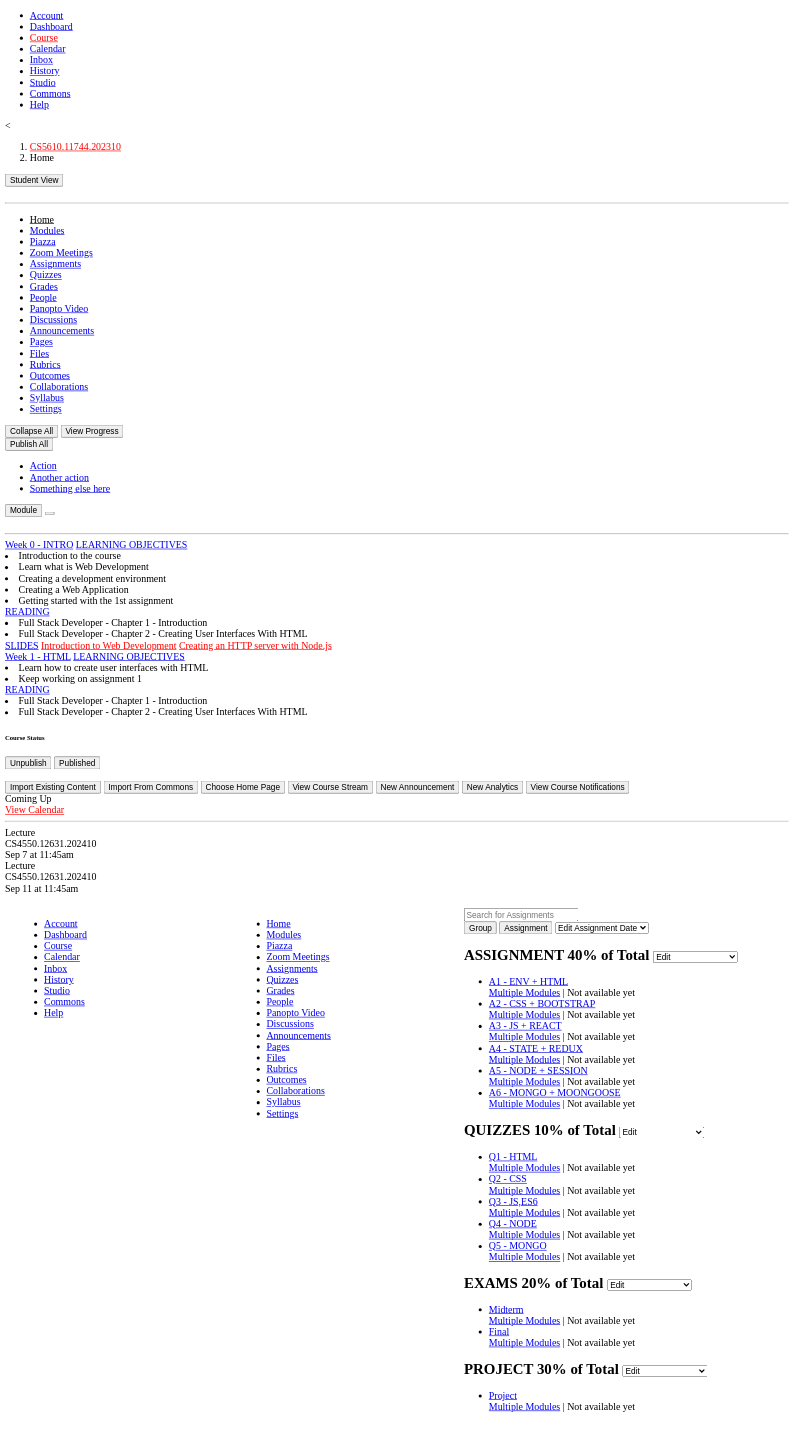
Repository: yuqiant/kanbas-react-web-app
Page: public/kanbas/assignment/index.html
An editor plug-in stored every save of this project. The page is shown before and after the next save, followed by the edit.
The browser window is 1280 px wide. The pictures show the whole page, at 62% of full size.

Above is the page before, as saved 2023-10-04 22:59:17.

### public/kanbas/assignment/index.html
<!DOCTYPE html>
<html lang="en">

<head>
    <meta charset="UTF-8">
    <meta name="viewport" content="width=device-width, initial-scale=1.0">
    <title>Column Interaction</title>
    <style>
        table {
            width: 100%;

        }

        td {
            width: 50%;
            border: 1px solid transparent;
            padding: 20px;
            vertical-align: top;
        }
    </style>
</head>

<body>
    <div class="flex-container">
        <div class="left-column">

            <ul>
                <li><i class="fa fa-user-circle fa-inverse" style="color: grey;"></i><a
                        href="account/account.html">Account</a> </li>
                <li><i class="fas fa-tachometer-alt" style="color: red;"></i><a href="#">Dashboard</a></li>
                <li class="active"><i class="fas fa-book" style="color: red;"></i><a href="course/courseNavigation.html"
                        style="color: red;">Course</a>
                </li>
                <li><i class="fas fa-calendar" style="color: red;""></i><a href=" #">Calendar</a></li>
                <li><i class="fas fa-inbox" style="color: red;"></i><a href="#">Inbox</a></li>
                <li><i class="fas fa-clock" style="color: red;"></i><a href="#">History</a></li>
                <li><i class="fas fa-desktop" style="color: red;"></i><a href="#">Studio</a></li>
                <li><i class="fas fa-share" style="color: red;"></i><a href="#">Commons</a></li>
                <li><i class="fas fa-question-circle" style="color: red;"></i><a href="#">Help</a></li>
            </ul>

        </div>
        <div class="right-column">

            <div class="right-top">
                <<nav style="--bs-breadcrumb-divider: '>';" aria-label="breadcrumb">
                    <ol class="breadcrumb">
                        <li class="breadcrumb-item"><a href="dashboard/index.html"
                                style="color: red;">CS5610.11744.202310</a></li>
                        <li class="breadcrumb-item active" aria-current="page">Home</li>
                    </ol>
                    </nav>
                    <div class="float-sm-end"> <button class="btn btn-light btn-sm">Student View</button>
                    </div><br />
                    <hr />


            </div>
            <div class="right-bottom">


                <div class="right-bottom-item1">


                    <ul>
                        <li class="active"><a href="home.html" style="color: black;">Home</a></li>
                        <li><a href="#">Modules</a></li>
                        <li><a href="#">Piazza</a></li>
                        <li><a href="#">Zoom Meetings</a></li>
                        <li><a href="assignment/index.html">Assignments</a></li>
                        <li><a href="#">Quizzes</a></li>
                        <li><a href="grades.html">Grades</a></li>
                        <li><a href="#">People</a></li>
                        <li><a href="#">Panopto Video</a></li>
                        <li><a href="#">Discussions</a></li>
                        <li><a href="#">Announcements</a></li>
                        <li><a href="#">Pages</a></li>
                        <li><a href="#">Files</a></li>
                        <li><a href="#">Rubrics</a></li>
                        <li><a href="#">Outcomes</a></li>
                        <li><a href="#">Collaborations</a></li>
                        <li><a href="#">Syllabus</a></li>
                        <li><a href="coursesetting.html">Settings</a></li>
                    </ul>
                </div>

                <div class="right-bottom-item2">

                    <div class="float-sm-end">
                        <div class="btn-group" style="margin-right: -5px;">
                            <button class="btn btn-light btn-sm">Collapse All</button>
                            <button class="btn btn-light btn-sm">View Progress</button>

                            <div class="dropdown">
                                <button class="btn btn-light btn-sm dropdown-toggle" type="button"
                                    data-bs-toggle="dropdown" aria-expanded="false"><i class="fa fa-check-circle"
                                        aria-hidden="true" style="color: green;"></i>
                                    Publish All
                                </button>
                                <ul class="dropdown-menu">
                                    <li><a class="dropdown-item" href="#">Action</a></li>
                                    <li><a class="dropdown-item" href="#">Another action</a></li>
                                    <li><a class="dropdown-item" href="#">Something else here</a></li>
                                </ul>
                            </div>
                            <button class="btn btn-danger btn-sm"><i class="fa fa-plus"
                                    aria-hidden="true"></i>Module</button>
                            <button class="btn btn-light btn-sm"><i class="fa fa-ellipsis-v"
                                    aria-hidden="true"></i></button>
                        </div>

                    </div><br>
                    <hr />




                    <!-- Module 1 -->
                    <div class="list-group mb-4">
                        <a href="#" class="list-group-item list-group-item-secondary">Week 0 - INTRO</a>
                        <a href="#" class="list-group-item">LEARNING OBJECTIVES</a>
                        <!-- <ul class="list-group custom-indent"> -->
                        <li class="list-group-item custom-indent">Introduction to the course</li>
                        <li class="list-group-item custom-indent">Learn what is Web Development</li>
                        <li class="list-group-item custom-indent">Creating a development environment</li>
                        <li class="list-group-item custom-indent">Creating a Web Application</li>
                        <li class="list-group-item custom-indent">Getting started with the 1st assignment</li>
                        <!-- </ul> -->

                        <a href="#" class="list-group-item">READING</a>
                        <li class="list-group-item custom-indent">Full Stack Developer - Chapter 1 - Introduction</li>
                        <li class="list-group-item custom-indent">Full Stack Developer - Chapter 2 - Creating User
                            Interfaces With
                            HTML</li>


                        <a href="#" class="list-group-item">SLIDES</a>
                        <a href="#" class="list-group-item custom-indent" style="color: red;"><i class="fas fa-link"
                                style="color: green;"></i>Introduction to Web
                            Development</a>
                        <a href="#" class="list-group-item custom-indent" style="color: red;"><i class="fas fa-link"
                                style="color: green;"></i>Creating an HTTP server
                            with Node.js</a>


                    </div>

                    <div class="list-group mb-4">
                        <a href="#" class="list-group-item list-group-item-secondary">Week 1 - HTML</a>
                        <a href="#" class="list-group-item">LEARNING OBJECTIVES</a>
                        <!-- <ul class="list-group custom-indent"> -->
                        <li class="list-group-item custom-indent">Learn how to create user interfaces with HTML</li>
                        <li class="list-group-item custom-indent">Keep working on assignment 1</li>

                        <!-- </ul> -->

                        <a href="#" class="list-group-item">READING</a>
                        <li class="list-group-item custom-indent">Full Stack Developer - Chapter 1 - Introduction</li>
                        <li class="list-group-item custom-indent">Full Stack Developer - Chapter 2 - Creating User
                            Interfaces With
                            HTML</li>





                    </div>

                </div>

                <div class="right-bottom-item3">
                    <h6>Course Status</h6>
                    <div class="btn-group" style="margin-right: -5px;">
                        <button class="btn btn-light btn-sm"><i class="fas fa-ban"></i>Unpublish</button>
                        <button class="btn btn-success btn-sm"><i class="fa fa-check-circle" aria-hidden="true"></i>
                            Published</button>
                    </div><br />
                    <button class="btn btn-light btn-sm">Import Existing Content</button>
                    <button class="btn btn-light btn-sm">Import From Commons</button>
                    <button class="btn btn-light btn-sm">Choose Home Page</button>
                    <button class="btn btn-light btn-sm">View Course Stream</button>
                    <button class="btn btn-light btn-sm">New Announcement</button>
                    <button class="btn btn-light btn-sm">New Analytics</button>
                    <button class="btn btn-light btn-sm">View Course Notifications</button><br />

                    Coming Up
                    <div class="float-sm-end smaller-text"><a href="#" style="color: red;">View Calendar</a></div>
                    <hr />

                    <div class="part">
                        Lecture<br />
                        CS4550.12631.202410<br />
                        Sep 7 at 11:45am<br />
                    </div>

                    <div class="part">
                        Lecture<br />
                        CS4550.12631.202410<br />
                        Sep 11 at 11:45am<br />
                    </div>













                </div>


            </div>




        </div>

    </div>
    </div>
    </div>
</body>

<body>
    <table>
        <tr>
            <td id="firstColumn" style="width: 150px;">
                <ul>
                    <li><a href="../accountcol.html">Account</a></li>
                    <li><a href="#">Dashboard</a></li>
                    <li><a href="../coursecol.html">Course</a></li>
                    <li><a href="#">Calendar</a></li>
                    <li><a href="#">Inbox</a></li>
                    <li><a href="#">History</a></li>
                    <li><a href="#">Studio</a></li>
                    <li><a href="#">Commons</a></li>
                    <li><a href="#">Help</a></li>
                </ul>
            </td>
            <td id="secondColumn" style="width: 150px;">
                <ul>
                    <li><a href="../home.html">Home</a></li>
                    <li><a href="#">Modules</a></li>
                    <li><a href="#">Piazza</a></li>
                    <li><a href="#">Zoom Meetings</a></li>
                    <li><a href="../assignment/index.html">Assignments</a></li>
                    <li><a href="#">Quizzes</a></li>
                    <li><a href="../grades.html">Grades</a></li>
                    <li><a href="#">People</a></li>
                    <li><a href="#">Panopto Video</a></li>
                    <li><a href="#">Discussions</a></li>
                    <li><a href="#">Announcements</a></li>
                    <li><a href="#">Pages</a></li>
                    <li><a href="#">Files</a></li>
                    <li><a href="#">Rubrics</a></li>
                    <li><a href="#">Outcomes</a></li>
                    <li><a href="#">Collaborations</a></li>
                    <li><a href="#">Syllabus</a></li>
                    <li><a href="../coursesetting.html">Settings</a></li>
                </ul>
            </td>
            <td id="thirdColumn" style="width: 250px;">
                <form id="text-fields">
                    <input id="text-fields-assginment" placeholder="Search for Assignments" /><br />
                    <button type="button">Group</button>
                    <button type="button">Assignment</button>
                    <select id="select-one">
                        <option value="ALL">Edit Assignment Date</option>
                    </select>
                </form>

                <h2>ASSIGNMENT 40% of Total
                    <select id="select-one">
                        <option value="ALL">Edit</option>
                        <option value="ALL">Speed Grader</option>
                        <option value="ALL">Duplicate</option>
                        <option value="ALL">Delete</option>
                        <option value="ALL">Move To...</option>
                        <option value="ALL">Send To...</option>
                        <option value="ALL">Copy To...</option>
                        <option value="ALL">Share to Commons</option>
                    </select>
                </h2>

                <ul>
                    <li><a href="edit.html">A1 - ENV + HTML</a></li>
                    <div><a href="edit.html">Multiple Modules</a> | Not available yet</div>
                    <li><a href="edit.html">A2 - CSS + BOOTSTRAP</a></li>
                    <div><a href="edit.html">Multiple Modules</a> | Not available yet</div>
                    <li><a href="edit.html">A3 - JS + REACT</a></li>
                    <div><a href="edit.html">Multiple Modules</a> | Not available yet</div>
                    <li><a href="edit.html">A4 - STATE + REDUX</a></li>
                    <div><a href="edit.html">Multiple Modules</a> | Not available yet</div>
                    <li><a href="edit.html">A5 - NODE + SESSION</a></li>
                    <div><a href="edit.html">Multiple Modules</a> | Not available yet</div>
                    <li><a href="edit.html">A6 - MONGO + MOONGOOSE</a></li>
                    <div><a href="edit.html">Multiple Modules</a> | Not available yet</div>
                </ul>

                <h2>QUIZZES 10% of Total
                    <select id="select-one">
                        <option value="ALL">Edit</option>
                        <option value="ALL">Speed Grader</option>
                        <option value="ALL">Duplicate</option>
                        <option value="ALL">Delete</option>
                        <option value="ALL">Move To...</option>
                        <option value="ALL">Send To...</option>
                        <option value="ALL">Copy To...</option>
                        <option value="ALL">Share to Commons</option>
                    </select>
                </h2>

                <ul>
                    <li><a href="edit.html">Q1 - HTML</a></li>
                    <div><a href="edit.html">Multiple Modules</a> | Not available yet</div>
                    <li><a href="edit.html">Q2 - CSS</a></li>
                    <div><a href="edit.html">Multiple Modules</a> | Not available yet</div>
                    <li><a href="edit.html">Q3 - JS,ES6</a></li>
                    <div><a href="edit.html">Multiple Modules</a> | Not available yet</div>
                    <li><a href="edit.html">Q4 - NODE</a></li>
                    <div><a href="edit.html">Multiple Modules</a> | Not available yet</div>
                    <li><a href="edit.html">Q5 - MONGO</a></li>
                    <div><a href="edit.html">Multiple Modules</a> | Not available yet</div>
                </ul>

                <h2>EXAMS 20% of Total
                    <select id="select-one">
                        <option value="ALL">Edit</option>
                        <option value="ALL">Speed Grader</option>
                        <option value="ALL">Duplicate</option>
                        <option value="ALL">Delete</option>
                        <option value="ALL">Move To...</option>
                        <option value="ALL">Send To...</option>
                        <option value="ALL">Copy To...</option>
                        <option value="ALL">Share to Commons</option>
                    </select>
                </h2>

                <ul>
                    <li><a href="edit.html">Midterm</a></li>
                    <div><a href="edit.html">Multiple Modules</a> | Not available yet</div>
                    <li><a href="edit.html">Final</a></li>
                    <div><a href="edit.html">Multiple Modules</a> | Not available yet</div>
                </ul>

                <h2>PROJECT 30% of Total
                    <select id="select-one">
                        <option value="ALL">Edit</option>
                        <option value="ALL">Speed Grader</option>
                        <option value="ALL">Duplicate</option>
                        <option value="ALL">Delete</option>
                        <option value="ALL">Move To...</option>
                        <option value="ALL">Send To...</option>
                        <option value="ALL">Copy To...</option>
                        <option value="ALL">Share to Commons</option>
                    </select>
                </h2>

                <ul>
                    <li><a href="edit.html">Project</a></li>
                    <div><a href="edit.html">Multiple Modules</a> | Not available yet</div>
                </ul>











            </td>

        </tr>
    </table>

</body>

</html>

### public/kanbas/course/courseNavigation.css
.flex-container {
    display: flex;
    height: 100%;
}

/* 左边列 */
.left-column {
    /* flex: 1; */
    /* 占据可用空间的一部分 */
    /* padding: 20px; */
    width: 0 0 80px;
    /* Adjust sidebar width as needed (between 75 and 85 pixels) */
    background-color: black;
    color: white;
    text-align: center;
    padding-top: 20px;
}

.left-column ul {
    list-style-type: none;
    padding: 0;
}

.left-column li {
    margin: 8px 0;
    /* Adjust margin between links as needed (between 5 and 10 pixels) */
    padding: 8px;
    /* Adjust padding around links as needed (between 5 and 10 pixels) */
}

.left-column li.active {
    color: red;
    background-color: white;


}



.left-column a {
    color: white;
    text-decoration: none;
    display: block;
}

.right-column {

    flex: 2;
    /* 占据可用空间的两部分 */
    display: flex;
    flex-direction: column;
    /* 垂直方向排列 */
}

/* 右上部分 */
.right-top {
    padding: 20px;
}

/* 右下部分分为三竖着的部分 */
.right-bottom {
    display: flex;
    flex-direction: row;
    /* 垂直方向排列 */
    flex: 1;
    /* 均分可用空间 */
}

/* 每个竖着的部分 */
.right-bottom-item {
    flex: 1;
    /* 均分可用空间 */
    padding: 10px;
}

.right-bottom-item1 {
    width: 200px;

    /* padding: 10px; */
    border-left: 25px
}

.right-bottom-item1 a {
    color: red;
    text-decoration: none;

}


.right-bottom-item1 ul {
    list-style: none;
    padding: 0;
}

.right-bottom-item1 li {
    margin-bottom: 15px;
    padding-left: 20px;
}

.right-bottom-item1 li.active a {
    color: black;
    padding-left: 8px;

    /* padding-right: 10px; */

    border-left: 2px solid black;
}


.right-bottom-item2 {
    width: 700px;

    /* padding: 10px; */
    border-left: 25px;
    /* flex-direction: column; */
}

.custom-indent {
    padding-left: 40px;
    /* 调整适当的缩进大小 */
}

.right-bottom-item3 {
    width: 200px;

    padding-left: 25px;
    /* padding: 10px; */
    /* border-left: 25px; */
    /* flex-direction: column; */
}

.smaller-text {
    font-size: 14px;
}

Loaded but not shown: public/vendors/fontawesome/css/all.min.css (library); public/vendors/bootstrap/css/bootstrap.min.css (library)

After the next save:
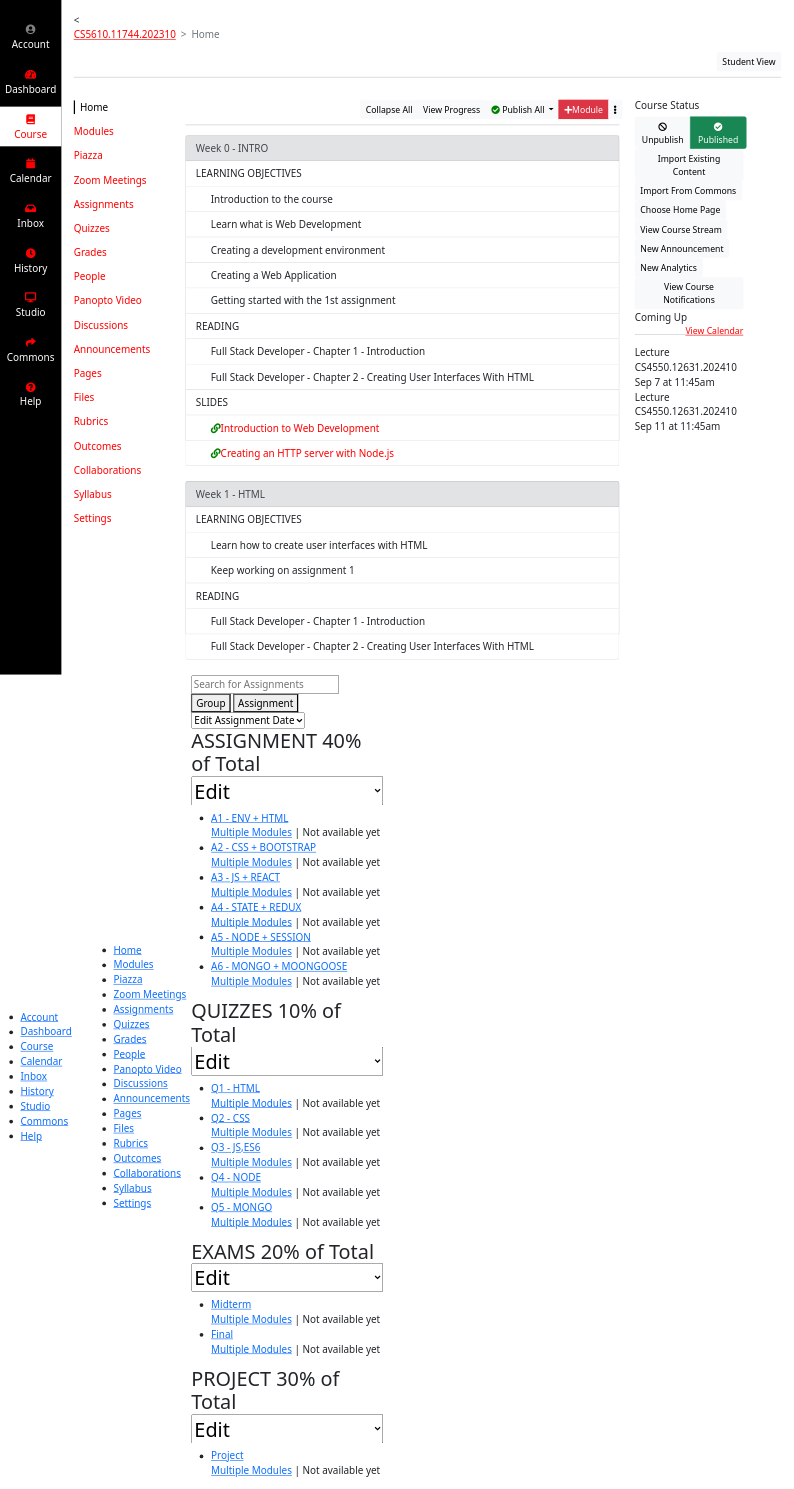
Saved 63 s later.
--- a/public/kanbas/assignment/index.html
+++ b/public/kanbas/assignment/index.html
@@ -4,20 +4,10 @@
 <head>
     <meta charset="UTF-8">
     <meta name="viewport" content="width=device-width, initial-scale=1.0">
-    <title>Column Interaction</title>
-    <style>
-        table {
-            width: 100%;
-
-        }
-
-        td {
-            width: 50%;
-            border: 1px solid transparent;
-            padding: 20px;
-            vertical-align: top;
-        }
-    </style>
+    <title>Flexbox Layout</title>
+    <link rel="stylesheet" href="../../vendors/fontawesome/css/all.min.css">
+    <link rel="stylesheet" href="../../vendors/bootstrap/css/bootstrap.min.css" />
+    <link href="course/courseNavigation.css" rel="stylesheet" />
 </head>
 
 <body>
